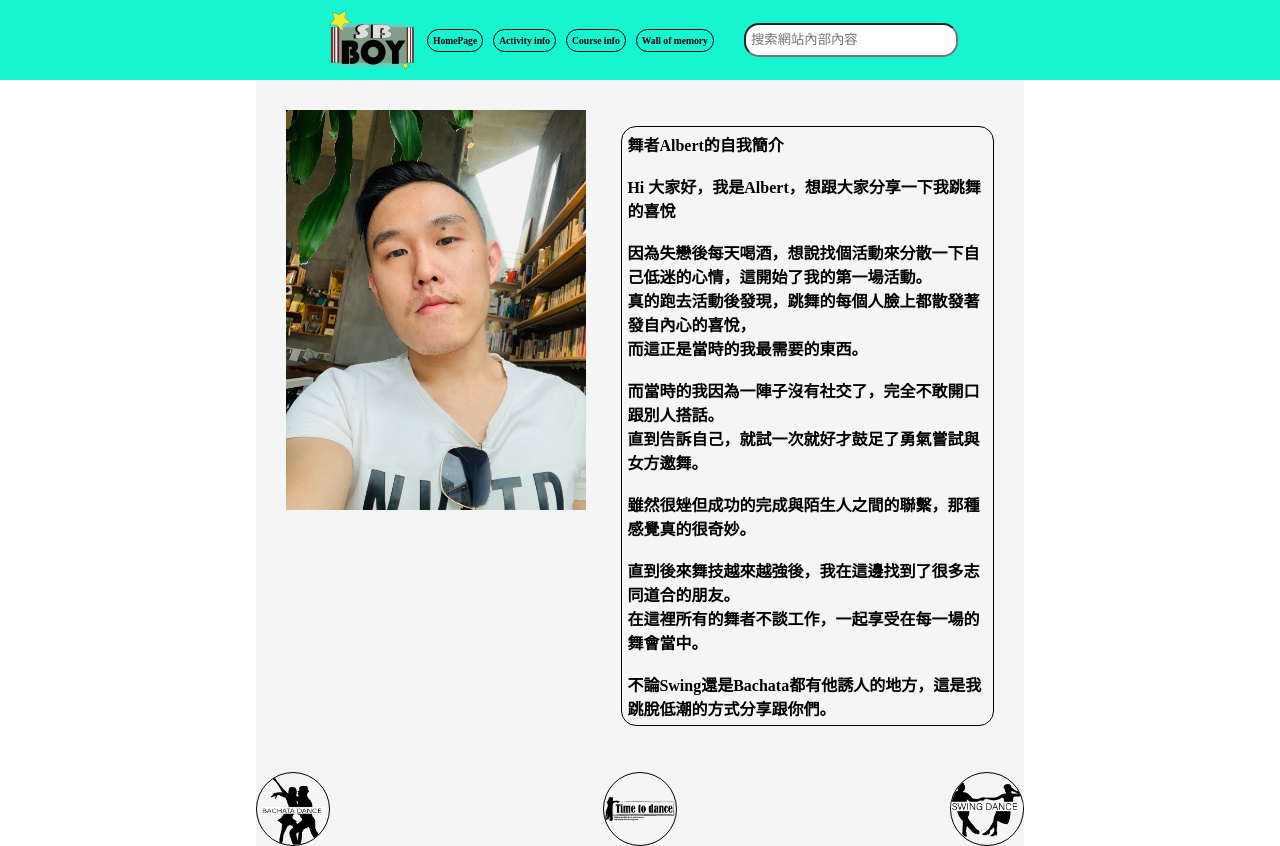
Repository: AlbertKoii/0718_Learning_Javascript
Page: aboutme/aboutme_try.html
These files come from the project's save history. The page is drawn as it stood at one moment and after a run of saves; the edit follows.
The browser window is 1280 px wide. The pictures show the whole page.

Above is the page before, as saved 2023-07-26 13:35:36.
Not found: aboutme/script.js

### aboutme/aboutme_try.html
<!DOCTYPE html>
<html lang="en">
<head>
    <meta charset="UTF-8">
    <meta name="viewport" content="width=device-width, initial-scale=1.0">
    <link rel="stylesheet" href="aboutme.try.css">
    <title>About me</title>
</head>
<body>
    <!-- 第一層 -->
    <div class="search-bar">
        <img class="logo" src="../img/logo.png" alt="圖片">
        <div class="links">
            <a class="link" href="../index.html">HomePage</a>
            <a class="link" href="./Activity info/ActivityInfo.html">Activity info</a>
            <a class="link" href="./CourseInfo/Courseinfo.html">Course info</a>
            <a class="link" href="./WallOfMemory.html/WallOfMemory.html">Wall of memory</a>
        </div>
        <div class="search">
            <input type="text" placeholder="搜索網站內部內容">
        </div>
    </div>

    <!-- 第二層 -->
    <div class="content">
        <div class="left">
            <img src="../img/Myhead.jpg" alt="個人照片">
        </div>
        <div class="right">
            <p style="font-size: 16px"><b>舞者Albert的自我簡介</b><b>
            <br><br>
            Hi 大家好，我是Albert，想跟大家分享一下我跳舞的喜悅<br>
            <br>
            因為失戀後每天喝酒，想說找個活動來分散一下自己低迷的心情，這開始了我的第一場活動。<br>
            真的跑去活動後發現，跳舞的每個人臉上都散發著發自內心的喜悅，<br>
            而這正是當時的我最需要的東西。<br>
            <br>
            而當時的我因為一陣子沒有社交了，完全不敢開口跟別人搭話。<br>
            直到告訴自己，就試一次就好才鼓足了勇氣嘗試與女方邀舞。<br>
            <br>
            雖然很矬但成功的完成與陌生人之間的聯繫，那種感覺真的很奇妙。<br>
            <br>
            直到後來舞技越來越強後，我在這邊找到了很多志同道合的朋友。<br>
            在這裡所有的舞者不談工作，一起享受在每一場的舞會當中。<br>
            <br>
            不論Swing還是Bachata都有他誘人的地方，這是我跳脫低潮的方式分享跟你們。</b>
            </p>
        </div>
    </div>

    <!-- 第三層 -->
    <div class="Icon">
        <img src="../img/BachataDanceIcon.png" alt="圖片1">
        <img src="../img/DanceIcon_01.png" alt="圖片2">
        <img src="../img/SwingDanceIcon.png" alt="圖片3">
    </div>

    <script src="script.js" defer></script>
</body>
</html>

### aboutme/aboutme.try.css
*{
    position: relative;
    font-family: 微軟正黑體;
}

html, body{
    padding: 0px;
    margin: 0px;

}
/* 第一層樣式 */
.search-bar {
    display: flex;
    align-items: center;
    justify-content:center;
    padding: 10px;
    text-overflow: ellipsis;
    background-color: #16F4D0;
}

.search-bar input {
    width: 200px;
    height: 3vh;
    padding: 5px;
    position: relative;
}
.logo{
    width: 100px;
}
.links {
    font-size: .6em;
    display: flex;
    white-space: nowrap;
}

.link {
    margin: 0 5px;
    padding: 5px;
    cursor: pointer;
    border-radius: 15px;
    border: solid .4px black;
    text-decoration: none;
    color: black;
    font-weight:700
}

.search{
    margin-left: 2%;
}

.search input{
    border-radius: 15px;
    height: 20px;
}
/* 第二層樣式 */
.content {
    display: flex;
    padding: 20px;
    background-color: #f5f5f5;
    text-overflow: ellipsis;
}

.content{
    margin-left:20%;
    margin-right: 20%;
    padding: 30px;
}

.left img {
    width: 300px;
    height: auto;
    object-fit: cover;
}
.right {
    width: 70%;
    margin-left: 5%;
    }
.right p{
    border: 1px solid black;
    border-radius: 15px;
    padding: 5px;
}


/* 第三層樣式 */
.Icon {
    display: flex;
    margin-left:20%;
    margin-right: 20%;
    justify-content: space-between;
    background-color: #f5f5f5;
}
.Icon img{
    height: 10vh;
    width: auto;
    padding: auto;
    border: 1px solid black;
    border-radius: 100%;
}

After the next 3 saves:
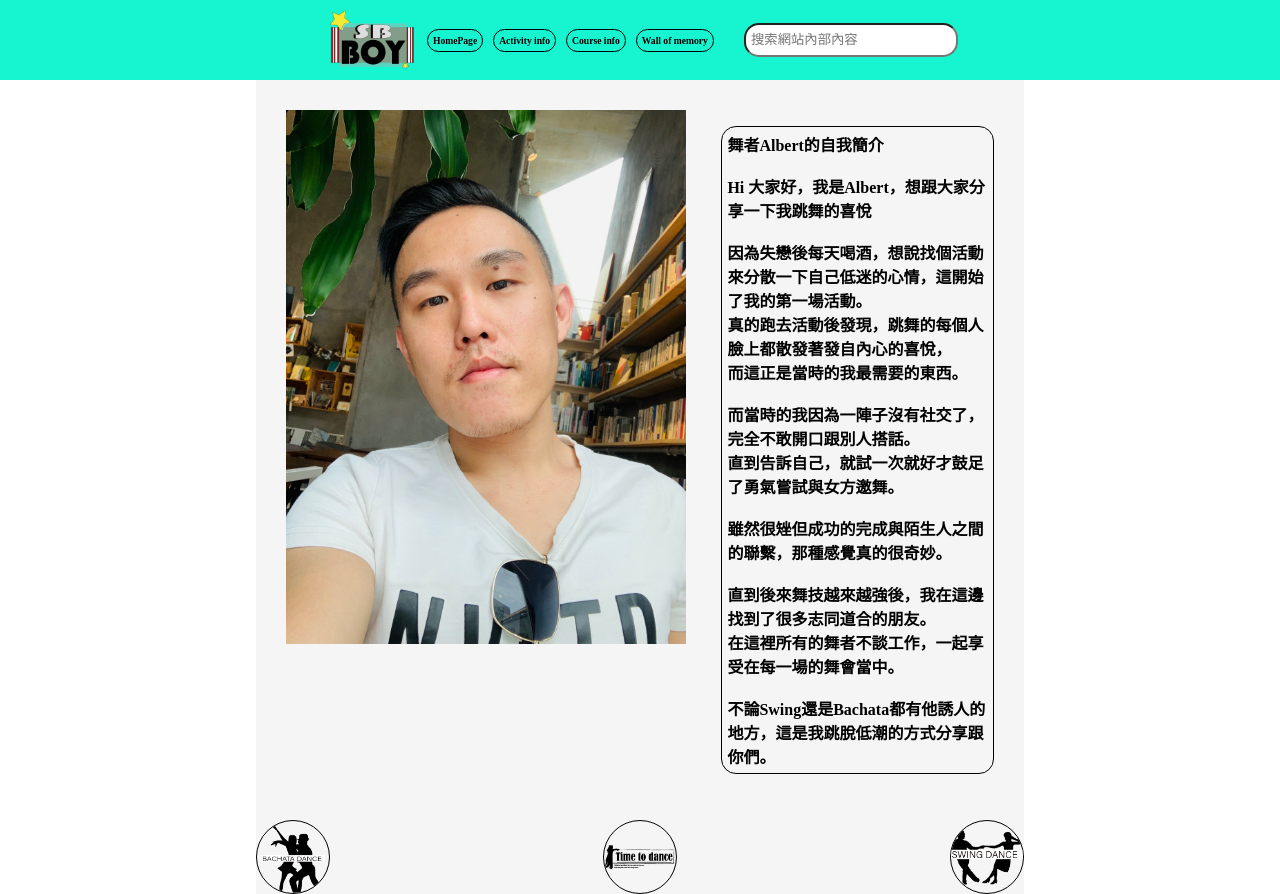
The 3 saves are shown as one change because they came seconds apart.
The last was saved 11 s later.
--- a/aboutme/aboutme.try.css
+++ b/aboutme/aboutme.try.css
@@ -67,7 +67,8 @@ html, body{
 }
 
 .left img {
-    width: 300px;
+    width: 400px;
+    margin-top: auto;
     height: auto;
     object-fit: cover;
 }
